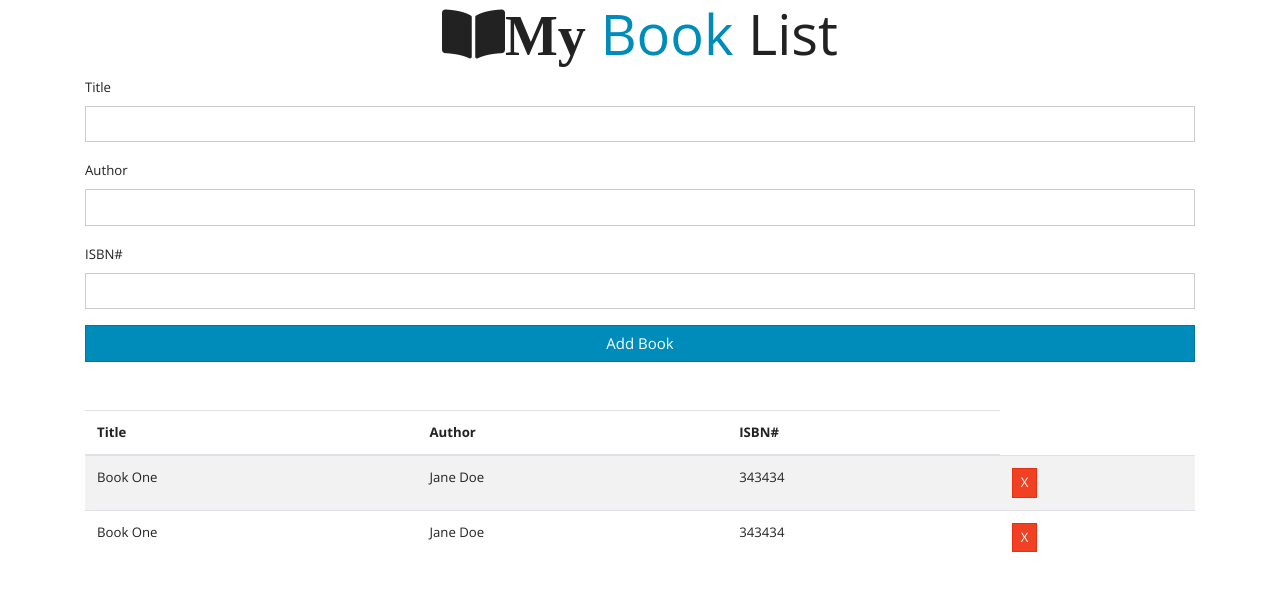
Repository: konstantin0s/bookList
Page: index.html
An editor plug-in stored every save of this project. The page is shown before and after the next save, followed by the edit.
The browser window is 1280 px wide. The pictures show the whole page.
Some web libraries are served in a nearby version.

Above is the page before, as saved 2018-12-24 23:35:55.

After the next save:
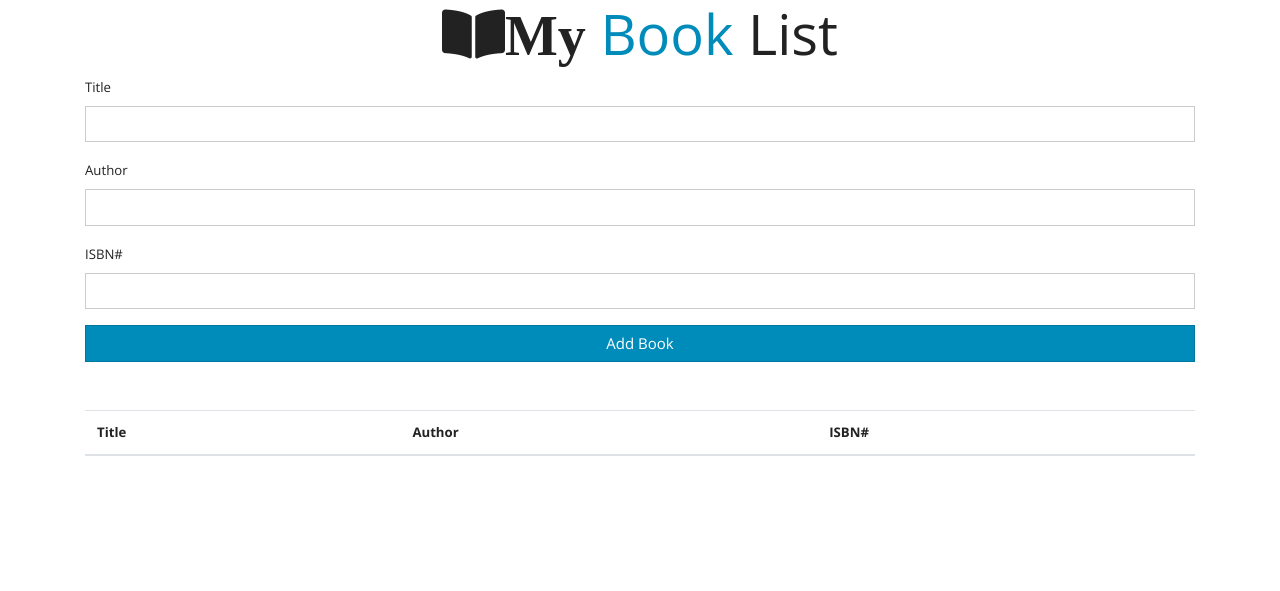
Saved 40 s later.
--- a/js/app.js
+++ b/js/app.js
@@ -10,19 +10,8 @@ class Book {
 //Ui Class: Handles UI Tasks
 class UI {
 static displayBooks() {
-  const StoredBooks = [
-    {
-      title: 'Book One',
-      author: 'Jane Doe',
-      isbn: '343434'
-    },
-    {
-      title: 'Book One',
-      author: 'Jane Doe',
-      isbn: '343434'
-    }
-  ];
-  const books = StoredBooks;
+
+  const books = Store.getBooks();
   books.forEach((book) => UI.addBookToList(book));
  }
  static addBookToList(book) {
